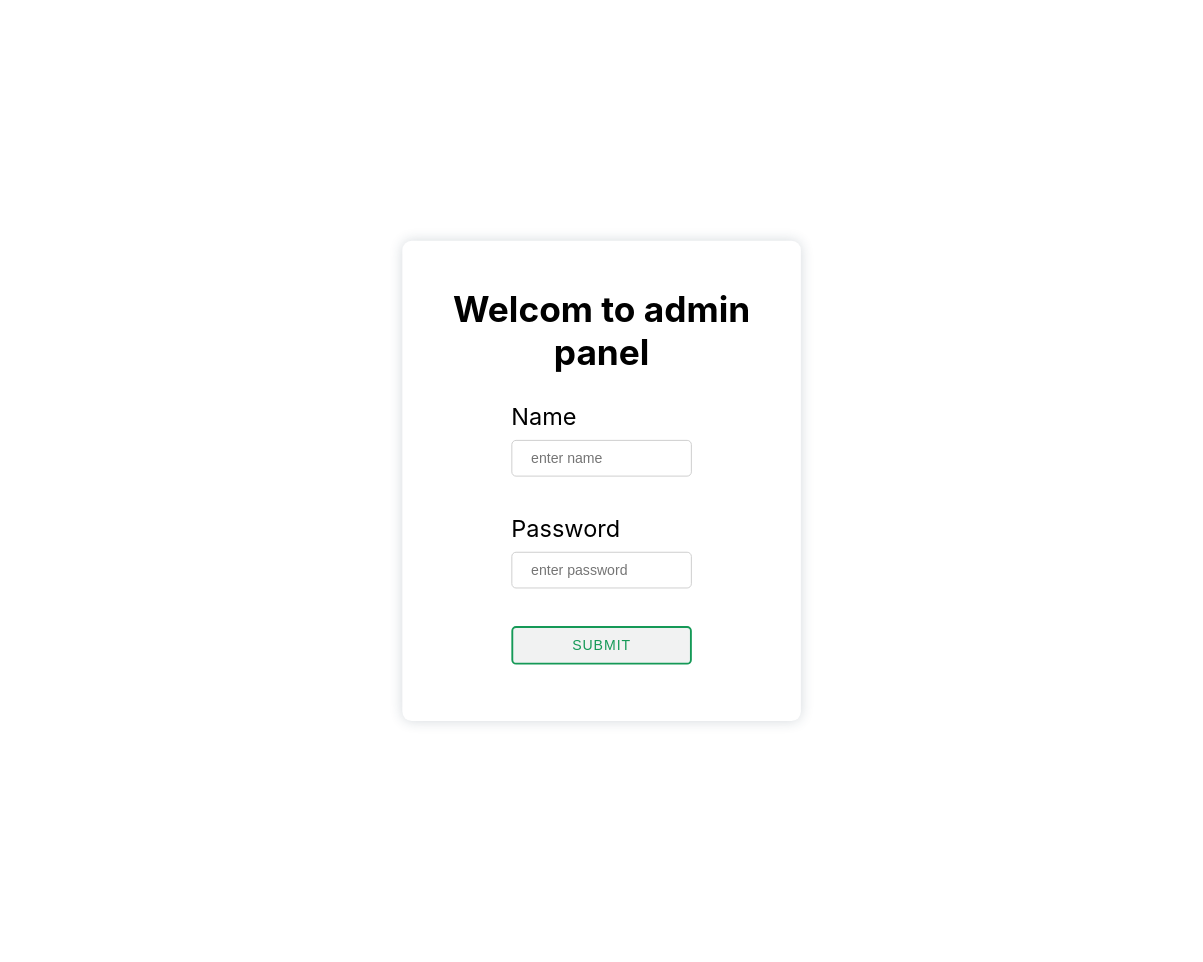
Repository: superHotBob/admin_nftillion
Page: /
An editor plug-in stored every save of this project. The page is shown before and after the next save, followed by the edit.
The browser window is 1280 px wide. The pictures show the whole page, at 94% of full size.
The project was rebuilt for these pictures with package versions that can differ from the ones it lists, and the page was loaded fresh each time. Also part of the build but not shown: src/components/Users/styles.scss, src/components/NavPanel/styles.scss, src/components/NavPanel/index.js, src/components/Users/index.js, src/components/Collections/styles.scss, src/components/Collections/index.js.

Above is the page before, as saved 2022-04-22 18:00:53.

After the next save:
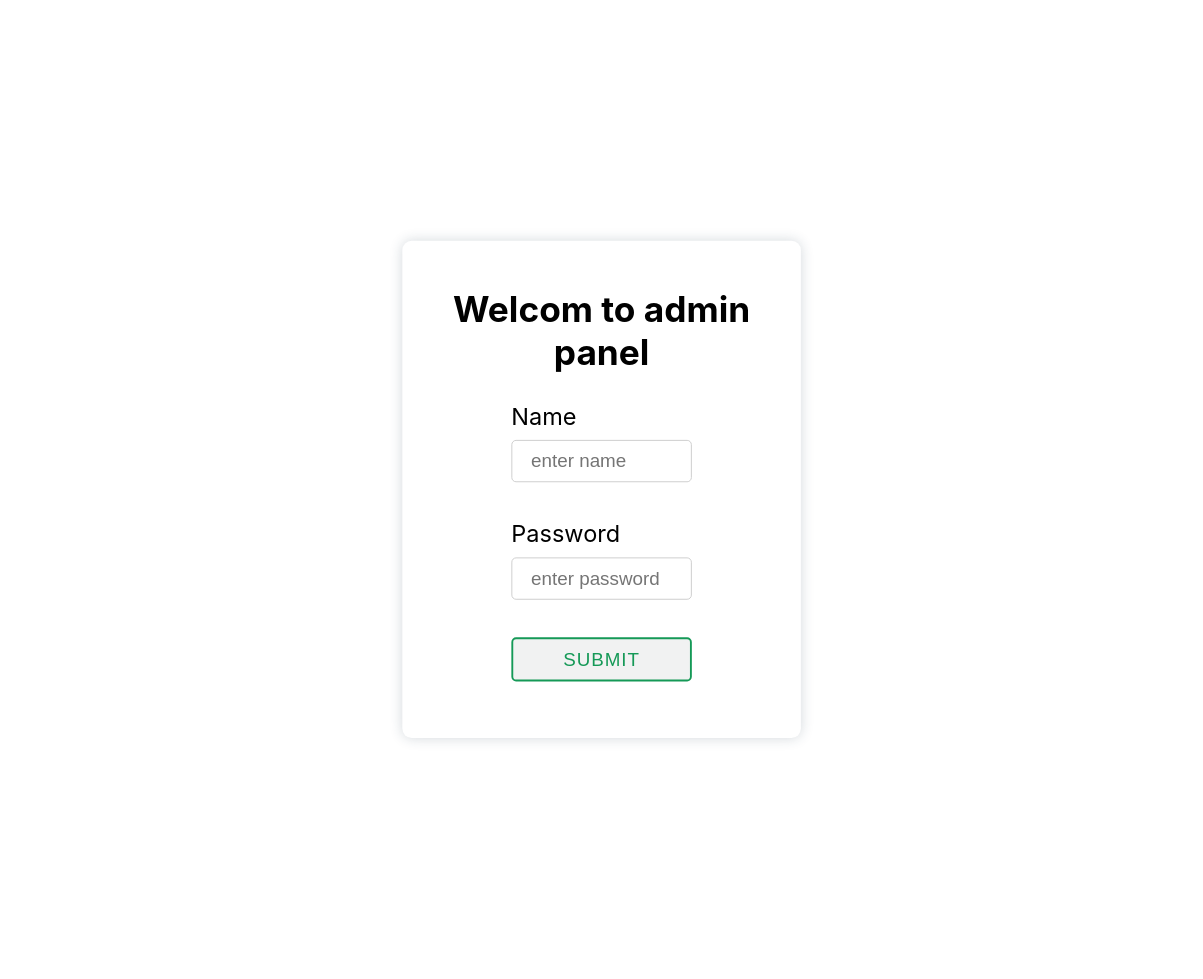
Saved 18 s later.
--- a/src/components/Home/styles.scss
+++ b/src/components/Home/styles.scss
@@ -10,7 +10,7 @@ $transition: all 0.25s ease-in-out;
     border-radius: 10px;
     font-size: 25px;
     input, button {
-        font-size: 15px;
+        font-size: 20px;
         padding: 10px 20px;
         display: block;
         width: 100%;
